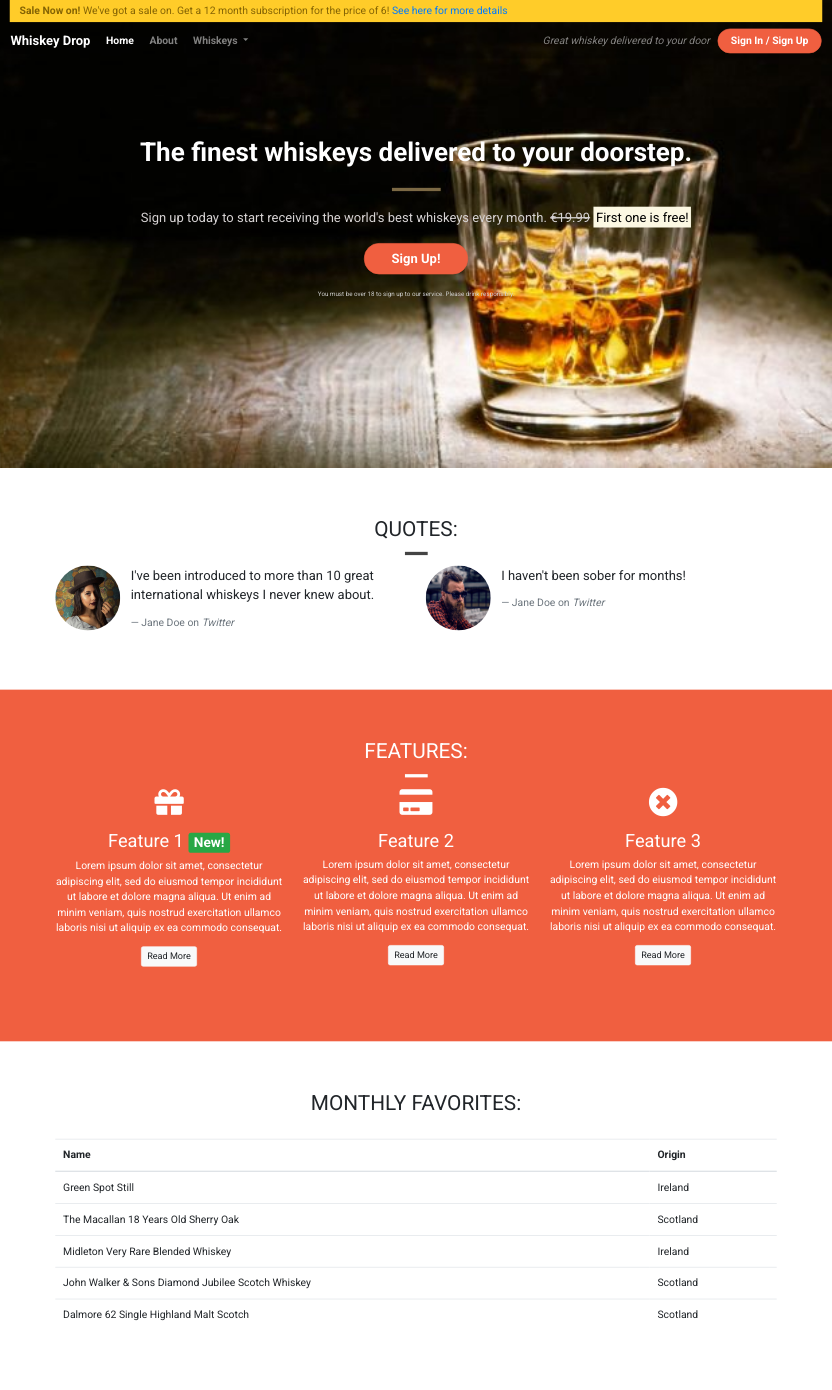
Repository: grisselfaura/BootstrappingYourNextBigIdea-BS4
Page: index.html
The author's editor kept a record of every edit. The page is drawn from the files as they stood at one moment, then again after the next edit.
The browser window is 1280 px wide. The pictures show the whole page, at 65% of full size.
Backgrounds fixed to the window are drawn as part of the page. Some web libraries are served in a nearby version.

Above is the page before.

### index.html
<!DOCTYPE html>
<html lang="en-us">

<head>
    <meta charset="utf-8">
    <meta name="viewport" content="width=device-width, initial-scale=1.0">
    <title>Whiskey Drop | Taste a new whiskey every month</title>
    <link rel="stylesheet" href="https://maxcdn.bootstrapcdn.com/bootstrap/4.1.3/css/bootstrap.min.css">
    <link rel="stylesheet" href="https://use.fontawesome.com/releases/v5.6.1/css/all.css" integrity="sha384-gfdkjb5BdAXd+lj+gudLWI+BXq4IuLW5IT+brZEZsLFm++aCMlF1V92rMkPaX4PP" crossorigin="anonymous">
    <link href="https://fonts.googleapis.com/css?family=Roboto:400,700&display=swap" rel="stylesheet">
    <link rel="stylesheet" href="css/style.css" type="text/css" />
</head>

<body>
    <div class="container-fluid navalert-container">
        <div class="container-fluid alert-container">
            <div class="row d-none d-sm-block">
                <div class="col-12">
                    <div class="site-wide-alert alert-warning">
                        <strong>Sale Now on!</strong> We've got a sale on. Get a 12 month subscription for the price of 6! <a href="">See here for more details</a>
                    </div>
                </div>
            </div>
        </div>
        <nav class="navbar navbar-dark navbar-expand-sm">
            <a href="/" class="navbar-brand">Whiskey Drop</a>

            <button class="navbar-toggler ml-auto" type="button" data-toggle="collapse" data-target="#navbarNavDropdown" aria-controls="navbarNavDropdown" aria-expanded="false" aria-label="Toggle navigation">
            <span class="navbar-toggler-icon"></span></button>

            <div class="collapse navbar-collapse" id="navbarNavDropdown">
                <ul class="navbar-nav mr-auto">
                    <li class="active nav-item mr-2"><a class="nav-link" href="/">Home</a></li>
                    <li class="nav-item mr-2"><a class="nav-link" href="">About</a></li>
                    <li class="nav-item dropdown">
                        <a class="nav-link dropdown-toggle" href="#" id="navbarDropdownMenuLink" role="button" data-toggle="dropdown" aria-haspopup="true" aria-expanded="false">
                  Whiskeys
            </a>
                        <div class="dropdown-menu" aria-labelledby="navbarDropdownMenuLink">
                            <a class="dropdown-item" href="#">Irish</a>
                            <a class="dropdown-item" href="#">Scotch</a>
                            <a class="dropdown-item" href="#">Japanese</a>
                            <a class="dropdown-item" href="#">American</a>
                        </div>
                    </li>

                    <li class="nav-item mr-2 d-block d-sm-none"><a class="nav-link" href="">Sign In / Sign Up</a></li>
                </ul>
            </div>
            <div class="d-none d-md-block">
                <p class="navbar-text my-auto mr-2"><i>Great whiskey delivered to your door</i></p>
                <a href="/login" class="btn btn--cta btn--red">Sign In / Sign Up</a>
            </div>
            <!--</div>-->
        </nav>
    </div>
    <!-- Callout -->
    <div class="container-fluid callout-container">
        <div class="opaque-overlay">&nbsp;</div>
        <div class="row">
            <div class="col-12">
                <section class="callout jumbotron text-center">
                    <h1 class="jumbotron-header">The finest whiskeys delivered to your doorstep.</h1>
                    <hr class="block-divider block-divider--orange">

                    <p class="lead">Sign up today to start receiving the world's best whiskeys every month.
                        <s class="d-none d-sm-inline">€19.99</s>
                        <span class="d-inline d-sm-none"><br></span>
                        <strong><mark>First one is free!</mark></strong></p>
                    <p><button class="btn btn-lg btn--cta btn--red" data-toggle="modal" data-target="#signUpModal">Sign Up!</button></p>
                    <p class="text-muted"><small>You must be over 18 to sign up to our service. Please drink responsibly.</small></p>
                </section>
            </div>
        </div>
    </div>
    <!-- /.callout -->

    <!-- Quotes -->
    <div class="container-wrapper">
        <div class="container quotes-container content-container">
            <section class="quotes">
                <div class="row">
                    <div class="col-12 page-header">
                        <h2 class="text-uppercase">Quotes:</h2>
                        <hr class="block-divider block-divider--short">
                    </div>
                </div>
                <div class="row">
                    <div class="col-12 col-md-6">
                        <div class="media">
                            <div class="d-none d-sm-block">
                                <img src="images/girl-image.png" class="rounded-circle mr-3" height=100 width=100>
                            </div>
                            <div class="media-body">
                                <blockquote class="blockquote">
                                    <p>I've been introduced to more than 10 great international whiskeys I never knew about.</p>
                                    <footer class="blockquote-footer">Jane Doe on <cite title="Twitter">Twitter</cite></footer>
                                </blockquote>
                            </div>
                        </div>
                    </div>
                    <div class="col-12 col-md-6">
                        <div class="media">
                            <div class="d-none d-sm-block">
                                <img src="images/guy-image.png" class="rounded-circle mr-3" height=100 width=100>
                            </div>
                            <div class="media-body">
                                <blockquote class="blockquote">
                                    <p>I haven't been sober for months!</p>
                                    <footer class="blockquote-footer">Jane Doe on <cite title="Twitter">Twitter</cite></footer>
                                </blockquote>
                            </div>
                        </div>
                    </div>
                </div>
            </section>
            <!-- /.quotes -->
        </div>
    </div>
    <!-- Features -->
    <div class="container-wrapper container-wrapper--red">
        <div class="container features-container content-container">
            <section class="features">
                <div class="row">
                    <div class="col-12 page-header">
                        <h2 class="text-uppercase">Features:</h2>
                        <hr class="block-divider block-divider--short block-divider--white">
                    </div>
                </div>
                <div class="row">
                    <div class="col-12 col-md-6 col-lg-4">
                        <div class="feature">
                            <h3><i class="fas fa-gift d-none d-sm-block"></i> Feature 1 <span class="badge badge-success">New!</span></h3>
                            <p>Lorem ipsum dolor sit amet, consectetur adipiscing elit, sed do eiusmod tempor incididunt ut labore et dolore magna aliqua. Ut enim ad minim veniam, quis nostrud exercitation ullamco laboris nisi ut aliquip ex ea commodo consequat.</p>
                            <p><a class="btn btn-sm btn-light" href="">Read More</a></p>
                        </div>
                    </div>
                    <div class="col-12 col-md-6 col-lg-4">
                        <div class="feature">
                            <h3><i class="fas fa-credit-card d-none d-sm-block"></i> Feature 2</h3>
                            <p>Lorem ipsum dolor sit amet, consectetur adipiscing elit, sed do eiusmod tempor incididunt ut labore et dolore magna aliqua. Ut enim ad minim veniam, quis nostrud exercitation ullamco laboris nisi ut aliquip ex ea commodo consequat.</p>
                            <p><a class="btn btn-sm btn-light" href="">Read More</a></p>
                        </div>
                    </div>
                    <div class="col-12 d-md-none d-lg-block col-lg-4">
                        <div class="feature">
                            <h3><i class="fas fa-times-circle d-none d-sm-block"></i> Feature 3</h3>
                            <p>Lorem ipsum dolor sit amet, consectetur adipiscing elit, sed do eiusmod tempor incididunt ut labore et dolore magna aliqua. Ut enim ad minim veniam, quis nostrud exercitation ullamco laboris nisi ut aliquip ex ea commodo consequat.</p>
                            <p><a class="btn btn-sm btn-light" href="">Read More</a></p>
                        </div>
                    </div>
                </div>
            </section>
            <!-- /.features -->
        </div>
    </div>

 <!-- Monthly favorites -->
    <div class="container-wrapper">
        <div class="container quotes-container content-container">
            <section class="Monthly favorites">
                <div class="row">
                    <div class="col-12 page-header">
                        <h2 class="text-uppercase">Monthly favorites:</h2>
                        <hr class="block-divider block-divider--short block-divider--white">
                    </div>
                </div>
                <table class="table">
                    <thead>
                        <tr>
                            <th scope="col">Name</th>
                            <th scope="col">Origin</th>
                        </tr>
                    </thead>
                    <tbody>
                        <tr>
                            <td>Green Spot Still</td>
                            <td>Ireland</td>
                        </tr>
                        <tr>
                            <td>The Macallan 18 Years Old Sherry Oak</td>
                            <td>Scotland</td>
                        </tr>
                        <tr>
                            <td>Midleton Very Rare Blended Whiskey</td>
                            <td>Ireland</td>
                        </tr>
                        <tr>
                            <td>John Walker & Sons Diamond Jubilee Scotch Whiskey</td>
                            <td>Scotland</td>
                        </tr>
                        <tr>
                            <td>Dalmore 62 Single Highland Malt Scotch</td>
                            <td>Scotland</td>
                        </tr>
                    </tbody>
                </table>
            </section>
        </div>
    </div>

    <div class="modal" tabindex="-1" role="dialog" id="signUpModal">
        <div class="modal-dialog" role="document">
            <div class="modal-content">
                <div class="modal-header">
                    <h5 class="modal-title">Sign Up To Whiskey Drop!</h5>
                    <button type="button" class="close" data-dismiss="modal" aria-label="Close">
          <span aria-hidden="true">&times;</span>
        </button>
                </div>
                <div class="modal-body">
                    <form>
                        <div class="form-group">
                            <label for="exampleInputEmail1">Email address</label>
                            <input type="email" class="form-control" id="exampleInputEmail1" aria-describedby="emailHelp" placeholder="Enter email">
                            <small id="emailHelp" class="form-text text-muted">We'll never share your email with anyone else.</small>
                        </div>
                        <div class="form-group">
                            <label for="password">Password</label>
                            <input type="password" class="form-control" id="password" placeholder="Password">
                        </div>
                        <div class="form-group">
                            <label for="repeatPassword">Repeat Password</label>
                            <input type="password" class="form-control" id="repeatPassword" placeholder="Repeat Password">
                        </div>
                        <button type="submit" class="btn btn-success">Submit</button>
                    </form>
                </div>
            </div>
        </div>
    </div>

    <script src="https://code.jquery.com/jquery-3.3.1.slim.min.js" integrity="sha384-q8i/X+965DzO0rT7abK41JStQIAqVgRVzpbzo5smXKp4YfRvH+8abtTE1Pi6jizo" crossorigin="anonymous"></script>
    <script src="https://cdnjs.cloudflare.com/ajax/libs/popper.js/1.14.3/umd/popper.min.js" integrity="sha384-ZMP7rVo3mIykV+2+9J3UJ46jBk0WLaUAdn689aCwoqbBJiSnjAK/l8WvCWPIPm49" crossorigin="anonymous"></script>
    <script src="https://stackpath.bootstrapcdn.com/bootstrap/4.1.3/js/bootstrap.min.js" integrity="sha384-ChfqqxuZUCnJSK3+MXmPNIyE6ZbWh2IMqE241rYiqJxyMiZ6OW/JmZQ5stwEULTy" crossorigin="anonymous"></script>
</body>

</html>

### css/style.css
body {
    font-family: 'Roboto', sans-serif;
}

.container-wrapper {}

.container-wrapper--red {
    background-color: #f05f40;
    color: white;
}

.alert-container .col-12{
    padding-left: 0
    padding-right:0;
}

.site-wide-alert {
    border-radius: 0;
    margin-bottom: 0;
    padding: 5px 15px;
    background-color: #ffcc29;
    border-color: #ffcc29;
}

.callout-container {
    height:100vh;
    background: url("../images/Whiskey-background.jpg") no-repeat bottom right fixed;
      -webkit-background-size: cover;
      -moz-background-size: cover;
      -o-background-size: cover;
      background-size: cover;
      display: flex;
      align-items: center;
      justify-content: center;
      position: relative;
}

.opaque-overlay {
    position: absolute;
    top: 0;
    left: 0;
    height: 100%;
    width: 100%
    background-color: rgba(0,0,0,0.5);
}
.quotes-container {}

.features-container {}

.favorite-container {}

/*Page headers*/

.page-header {
    margin bottom: 0;
    border bottom: 0;
    text-align: center;
}

.page-header h2 {
    margin top: 0;
}

/*Block-dividers*/

.block-divider {
    width: 75px;
    height: 5px;
    border: 0;
    background-color: #444;
}

.block-divider--orange {
    background-color: #7c6945;
}

.block-divider--white {
    background-color: white
}

.block-divider--short {
    width: 35px;
}

/*Content containers*/

.content-container {
    padding-top: 75px;
    padding-bottom: 75px;
}

/*Navbar*/

.navalert-container {
    position: absolute;
    top: 0;
    left: 0;
    padding-left: 0;
    padding-right: 0;
    z-index: 1;
}

.navbar {
    margin-bottom: 0;
    border: 0;
    width: 100%;
    background-color: rgba(0,0,0,0.25);
}

.navbar .navbar-toggler {
    border:0;
}

.navbar-brand {
    font-weight: bold;
}

.navbar .navbar-nav a {
    font-weight: bold;
}

/*Jumbotron*/

.jumbotron {
    background-color: transparent;
}

.jumbotron-header {
    color: white;
    font-weight: bold;
    margin-bottom: 30px;
}

.jumbotron .lead {
    margin: 25px;
    color: #d7d3d3;
}

.jumbotron small {
    font-size: 60%;
    font-size: italic;
    color: #d0d0d0;
}

/*Buttons*/
.btn--cta {
    font-weight: bold;
    border-radius: 23px;
    width: 160px;
}

.btn--red {
    color: white;
    background-color: #f05f40;
    border-color:#f05f40;
}

.btn-red:hover,
.btn--red:active,
.btn--red:focus,
.btn--red:active:hover {
    background-color: #c38f84;
    border-color: #c38f84;
}

.feature {
    text-align: center;
    margin-bottom : 40px;
}

.feature i {
    text-align: center;
    margin-bottom : 20px;
    font-size: 45px;
    line-height: 45px
}

After the next edit:
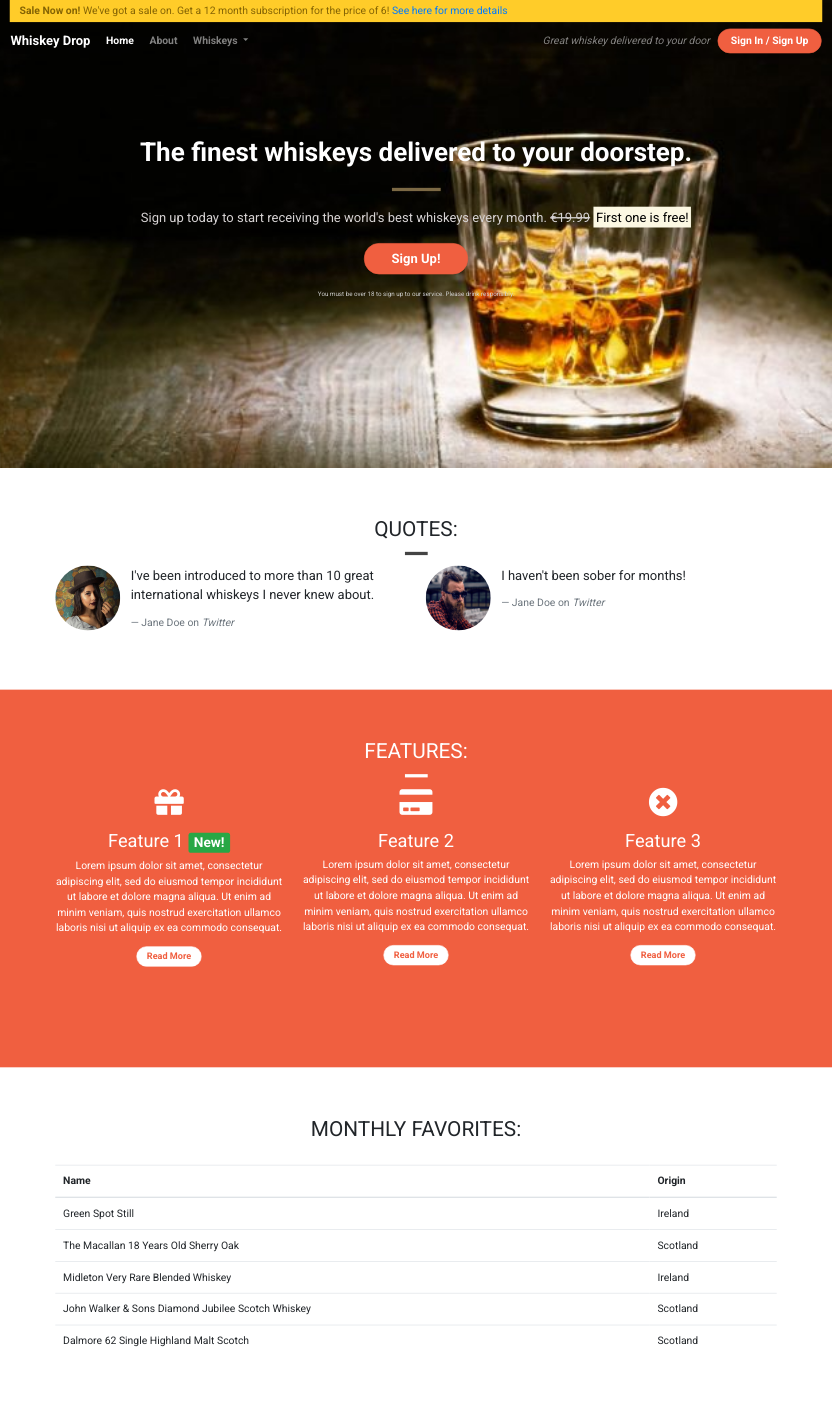
The edit:
--- a/css/style.css
+++ b/css/style.css
@@ -174,3 +174,13 @@
     font-size: 45px;
     line-height: 45px
 }
+
+.feature .btn{
+    background-color: white;
+    border-color: white;
+    border-radius: 15px;
+    min-width: 100px;
+    font-weight: bold;
+    margin-bottom : 40px;
+    color: #f05f40;
+    }
